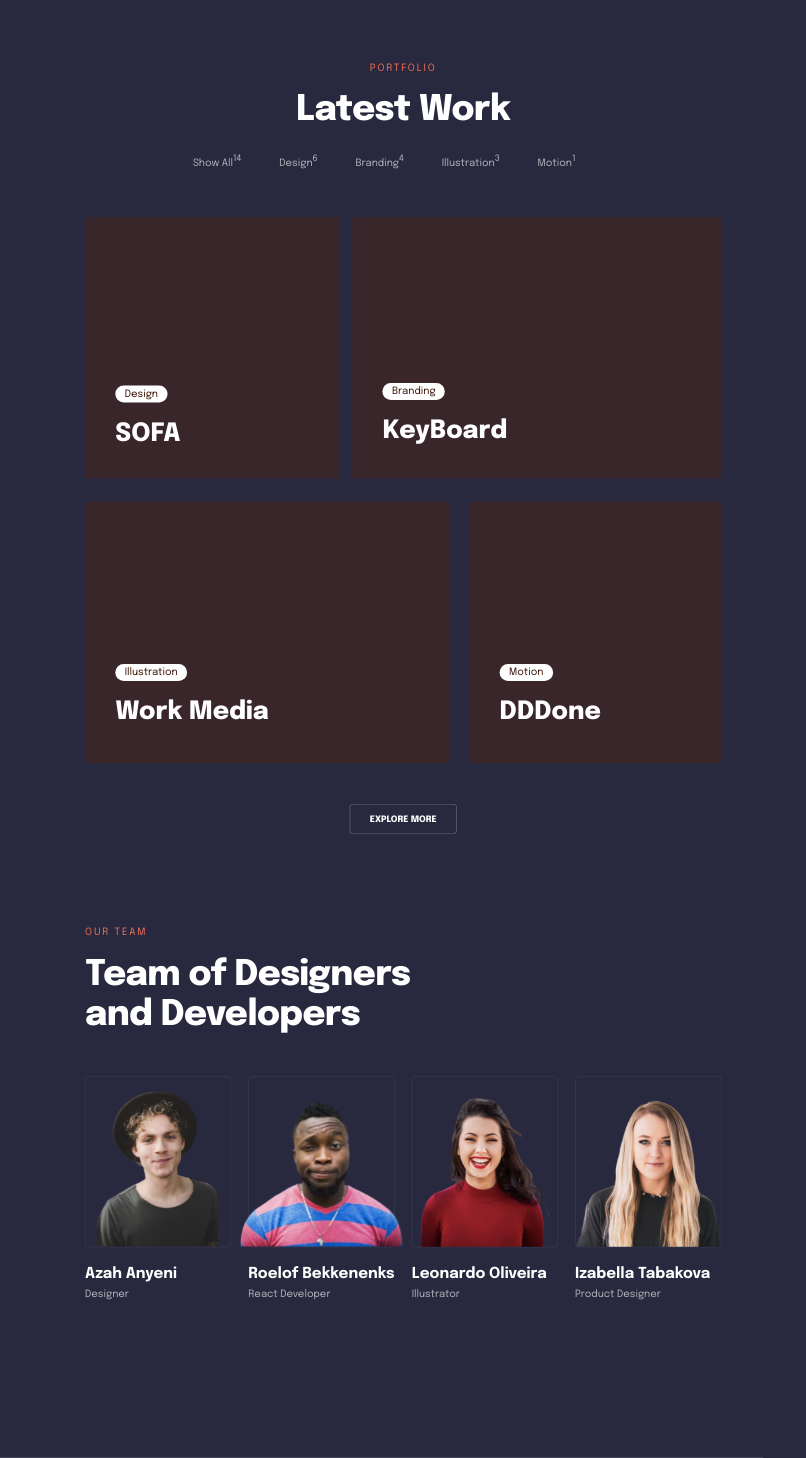
Repository: FidanXankishiyeva/figma-positions-task
Page: index.html
An editor plug-in stored every save of this project. The page is shown before and after a run of saves, followed by the edit.
The browser window is 1280 px wide. The pictures show the whole page, at 63% of full size.

Above is the page before, as saved 2023-08-10 13:55:37.

After the next 2 saves:
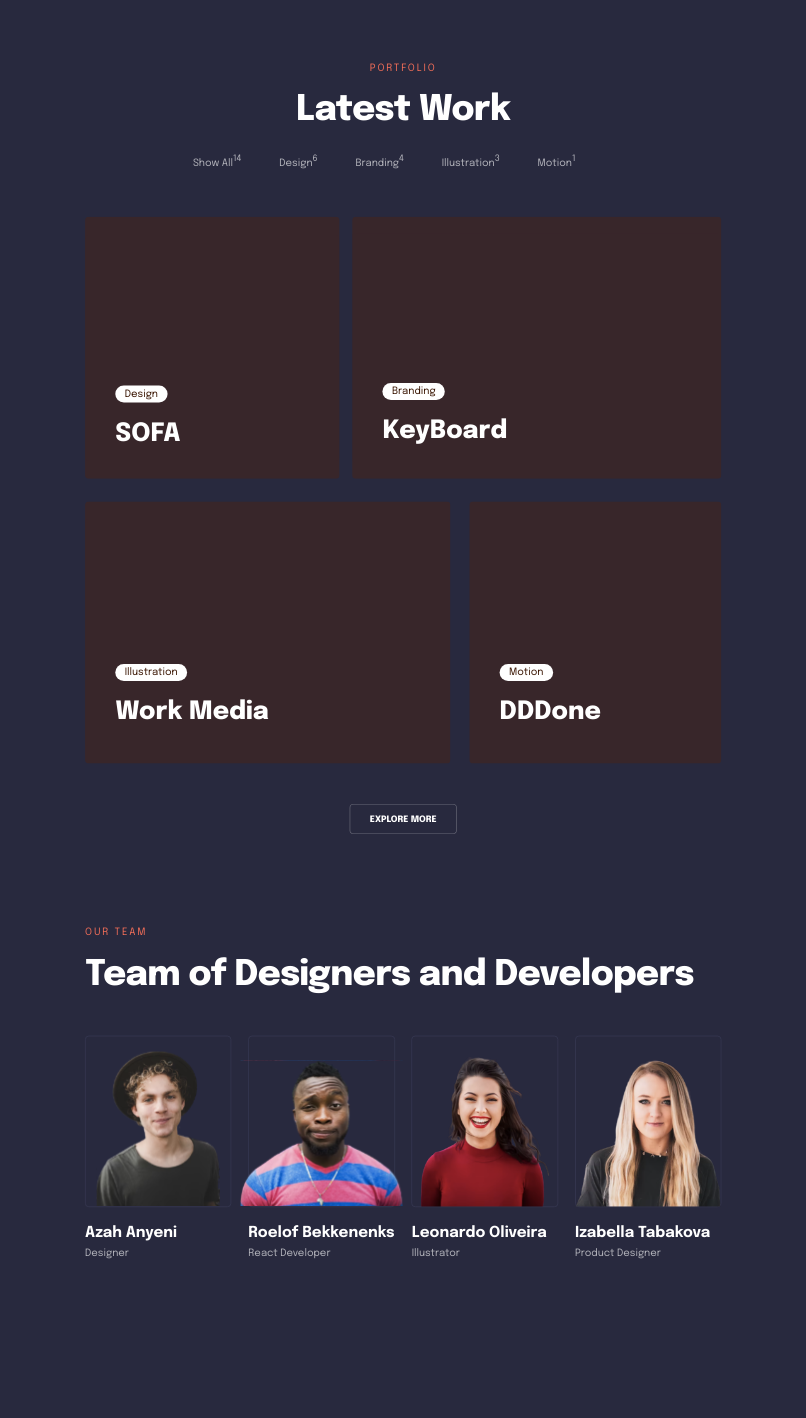
The 2 saves are shown as one change because they came seconds apart.
The last was saved 9 s later.
--- a/index.css
+++ b/index.css
@@ -270,7 +270,7 @@
     display: flex;
     justify-content: space-between;
 }
-
+.text-buttons-collaj .button
 .text-box-2 {
     width: 531px;
 }

After the 5 saves that followed:
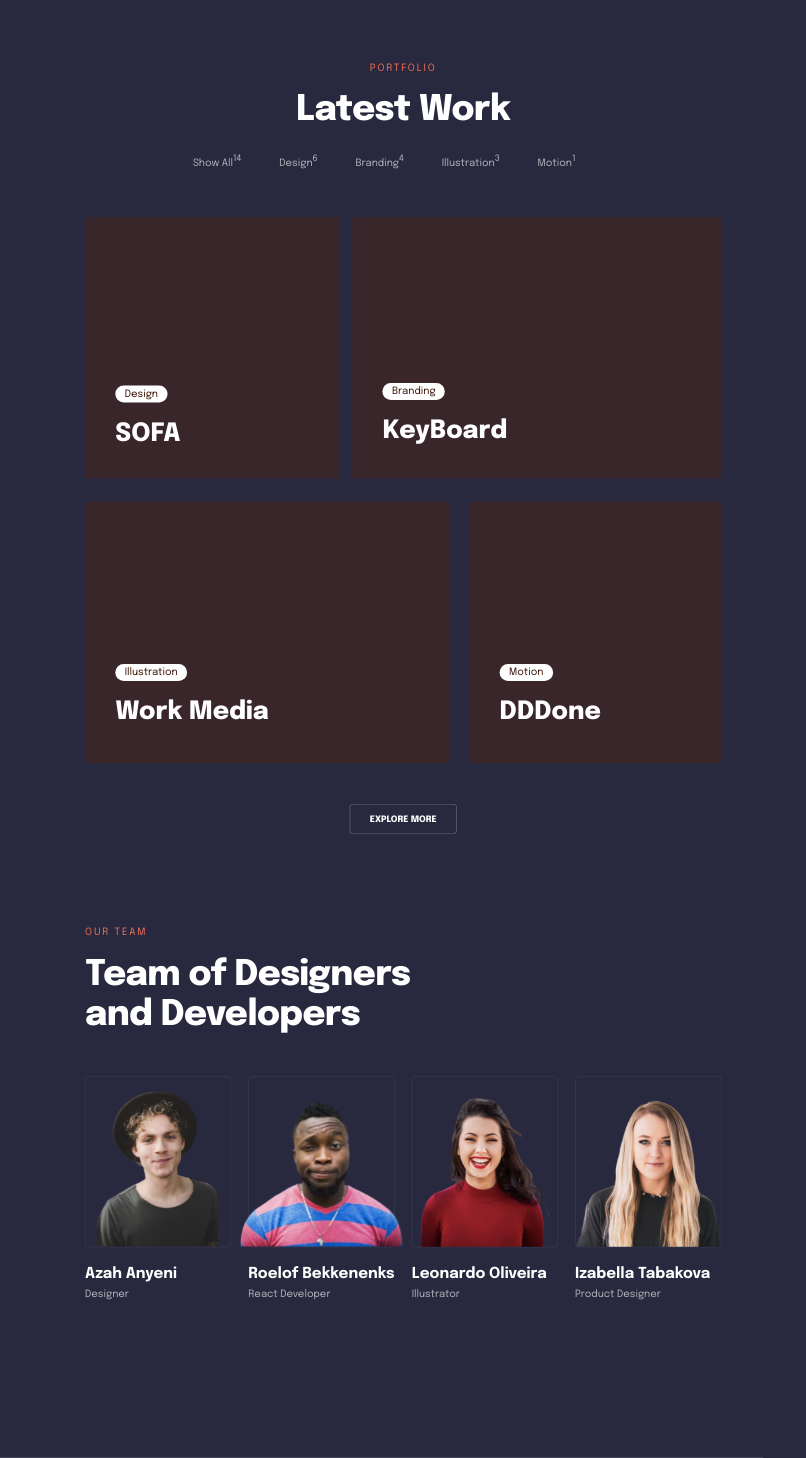
The 5 saves are shown as one change because 2 left the picture as it was and some came seconds apart.
The last was saved 26 s later.
--- a/index.css
+++ b/index.css
@@ -270,7 +270,12 @@
     display: flex;
     justify-content: space-between;
 }
-.text-buttons-collaj .button
+.text-buttons-collaj .buttons{
+    display: flex;
+}
+.text-buttons-collaj .buttons .circle{
+    width: ;
+}
 .text-box-2 {
     width: 531px;
 }
